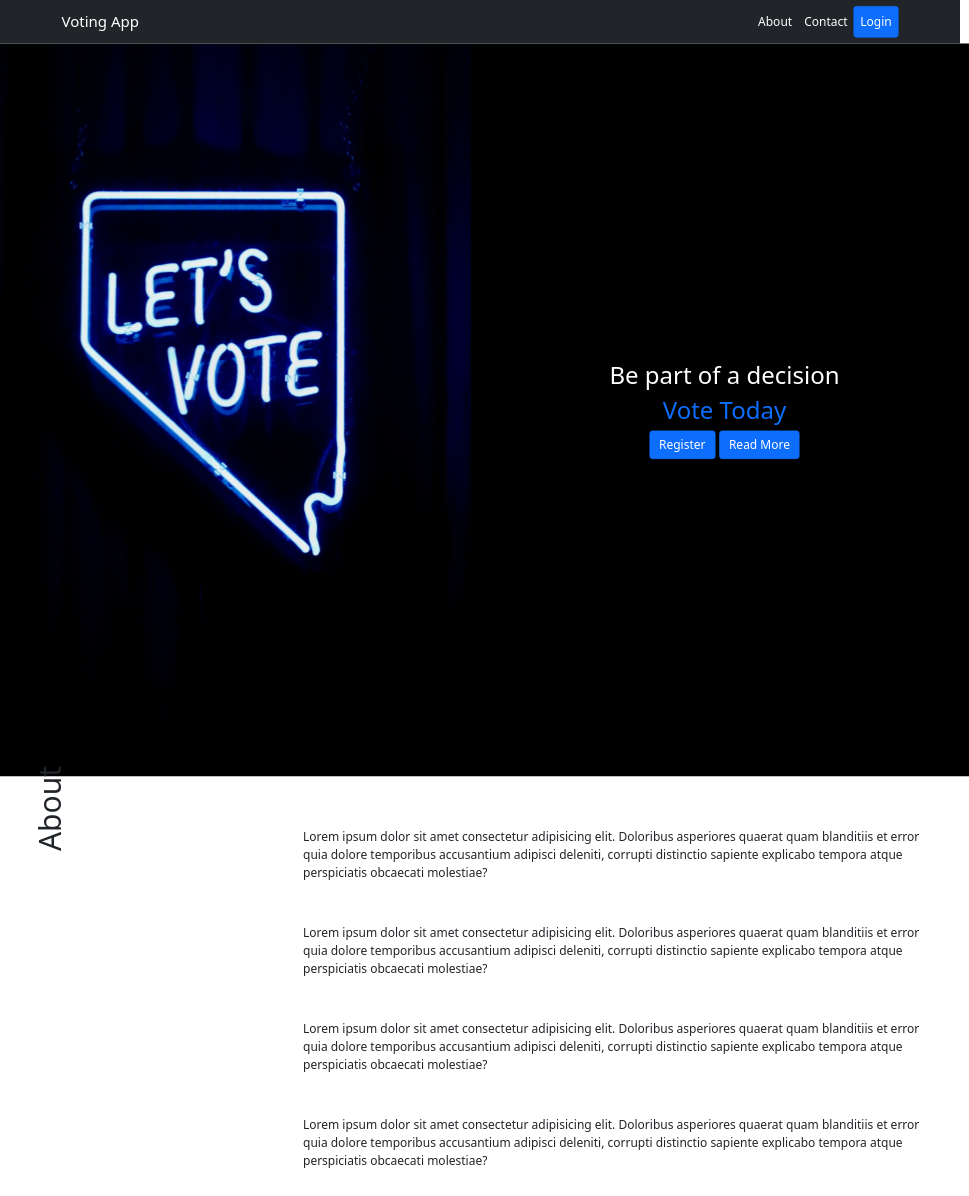
Repository: DavidManiIbrahim/Voting-app
Page: index.html
An editor plug-in stored every save of this project. The page is shown before and after the next save, followed by the edit.
The browser window is 1280 px wide. The page is 1292 px wide, so the pictures cover 1292 px, including what lies to the right of the window. The pictures show the whole page, at 75% of full size.

Above is the page before, as saved 2025-01-18 04:18:45.

After the next save:
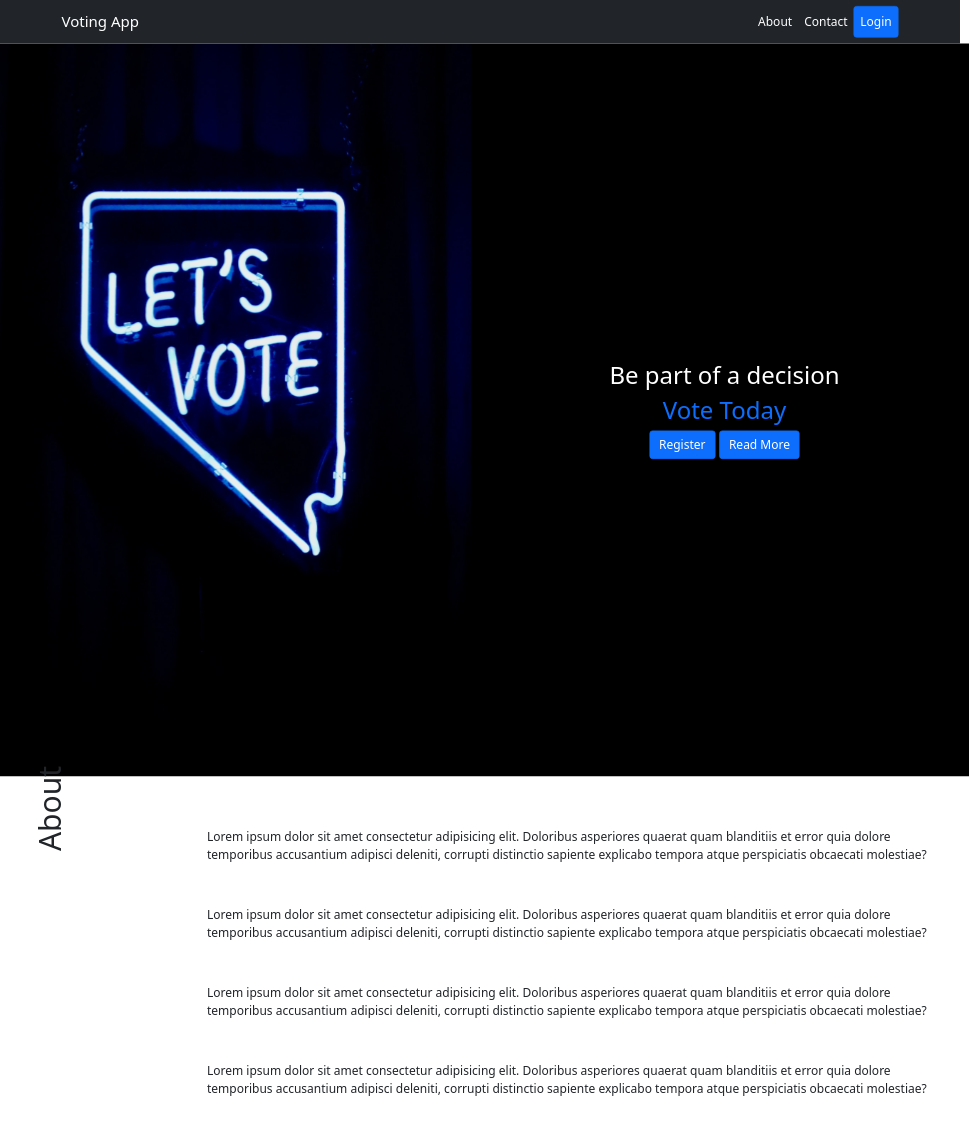
Saved 12 s later.
--- a/styles.css
+++ b/styles.css
@@ -21,7 +21,7 @@
 
 
 .wrap{
-    width:70vw;
+    width:80vw;
     padding: 20px;
     /* border:1px solid; */
 }
